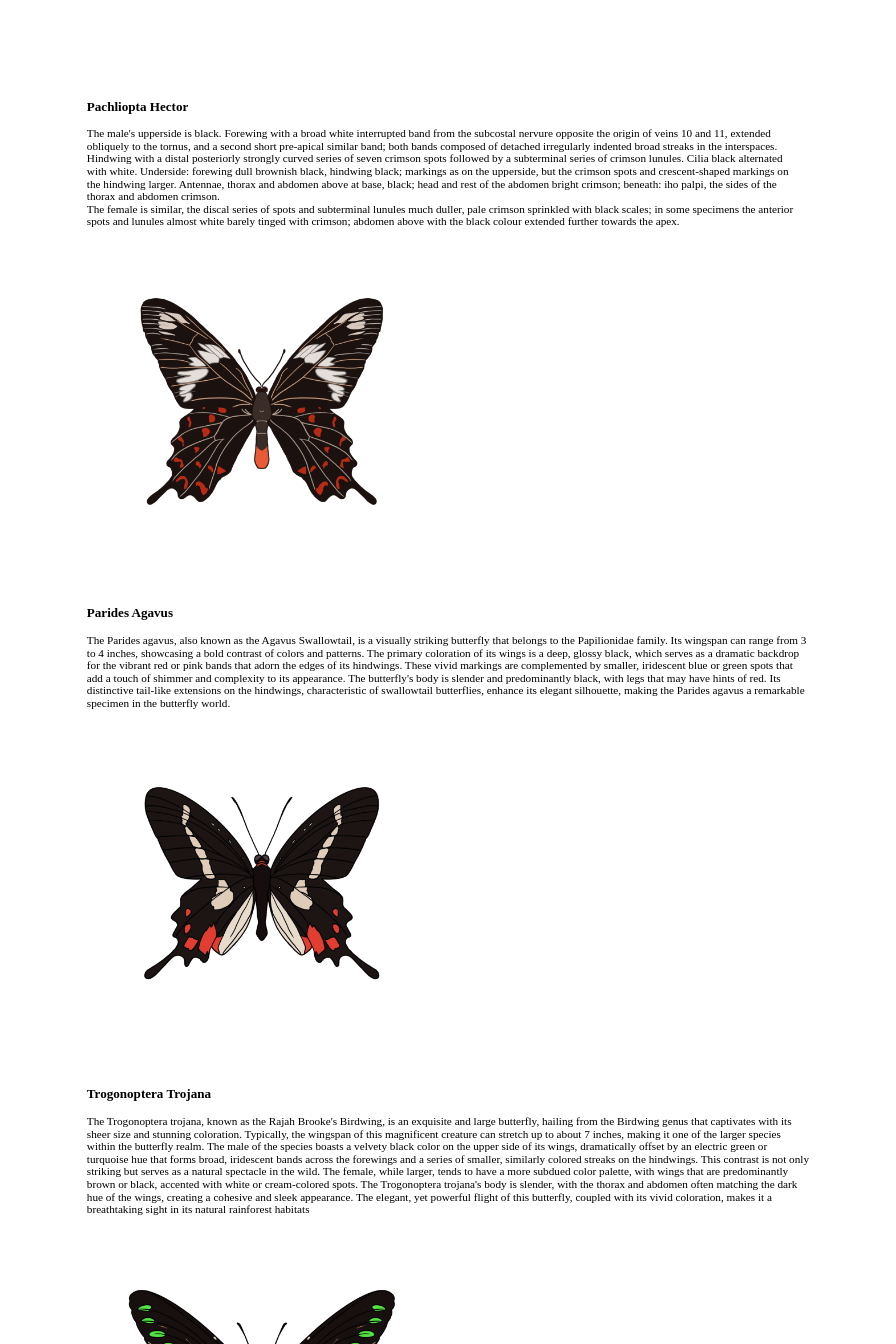
Repository: MeowCeline00/assessment-2
Page: /
These files come from the project's save history. The page is drawn as it stood at one moment and after the next save; the edit follows.
The browser window is 1280 px wide. The pictures show the part of the page from y = 3470 to 5390 px (the page is 5878 px tall), at 70% of full size.
The project was rebuilt for these pictures with package versions that can differ from the ones it lists, and the page was loaded fresh each time. The framework's server and built-in components were replaced by stand-ins that run in the browser. Also part of the build but not shown: next.config.mjs.

Above is the page before, as saved 2024-02-07 23:30:38.

### pages/index.js
import Head from "next/head";
import { useState } from "react";
import styles from "@/styles/Home.module.css";
import Header from "@/Components/Header";
import Footer from "@/Components/Footer";
import Contents from "@/Components/Contents";


export default function Home() {

  // Butterfly Patterns
  const classFilters = {
    //key : value
    1: 'Agrias Aedon Hewitson',
    2: 'Danaus Plexippus',
    4: 'Morpho Peleides',
    8: 'Ornithoptera Goliath',
    16: 'Pachliopta Hector',
    32: 'Parides Agavus',
    64: 'Trogonoptera Trojana'
  }

  const [input, setInput] = useState();
                                    // 3
                                    // 2 & 2 Remainder 1
                                    // 1 & 1 Remainder 0
                                    // 9
                                    // 8 & 8 Remainder 1
                                    // 1 & 1 Remainder 0
  const getClassStyle = flagValue => (input & flagValue) > 0 ? {backgroundColor: 'yellow'} : null;

  return (
    <>
      <Head>
        <title>General View of Butterfly Wing Patterns</title>
        <meta name="description" content="General View of Butterfly Wing Patterns" />
        <meta name="viewport" content="width=device-width, initial-scale=1" />
        <link rel="icon" href="/butt_favicon.ico" />
      </Head>
      <Header />
      <main className={`${styles.main}`}>
       <input
       id="input"
       type="text"
       placeholder='Bitmask Decimal'
       value={input}
       onChange={event => setInput(event.target.value)}
       />
       <table>
        <tbody>
          {
            Object.keys(classFilters).map(item => (
              <tr key={item} style={getClassStyle(item)}>
                <td>{item}</td>
                <td>{classFilters[item]}</td>
              </tr>
            ))
          }
        </tbody>
       </table>
       <Contents />
      </main>
      <Footer />
    </>
  );
}

### styles/globals.css
:root {
    --h1: rgb(15, 64, 162);
    --h2: rgb(203, 165, 27);
    --header-background: #d1d1d1;

}

### styles/Home.module.css
.main {
  display: flex;
  flex-direction: column;
  justify-content: space-between;
  align-items: center;
  padding: 6rem;
  min-height: 20vh;
}

### Components/Header/index.js
import Image from 'next/image';
import styles from './Header.module.css';

export default function Header() {
    return (
        <header className={styles.header}>
            <div className={styles.titleArea}>
                <h1> Colorful Butterflies</h1>
                <h2> A General Peek at Butterfly Wing Patterns</h2>
            </div>
            <div className={styles.logoArea}>
                <img src={"/logo.png"} alt="Butterfly Logo" width={350} />
            </div>
        </header>
    );
}

### Components/Footer/index.js
import styles from './Footer.module.css'


export default function Footer() {

    return(
        <footer className={styles.footer}>
            © Created by Congling
        </footer>
    )
}

### Components/Contents/index.js
import Image from 'next/image';
import styles from './Contents.module.css';

export default function Contents() {
    return (
        <contents className={styles.contents}>
            <div className={styles.projectDescription}>
            <h1>About</h1>
            <p>This project is my personal project, trying to explore different patterns for the wings of butterflies.
                On this occasion, I tried to draw several variety of Butterflies as referred to the original breed, including
               Agrias Aedon Hewitson, Danaus Plexippus, Morpho Peleides, Ornithoptera Goliath, Pachliopta Hector, Parides Agavus,
               and Trogonoptera Trojana.
            </p>
            </div>
            <div className={styles.butterflyPatterns}>
              <div className={styles.buttfly1}>
                <div className={styles.butterflyDes}>
                <h3>Agrias Aedon Hewitson</h3>
                <p>The species of the genus Agrias have, variously, very bright red, orange,
                    iridescent blue and yellow colouration contrasting on the black or bluish background of their upperside wing.
                    The underside wings are patterned. They have a robust appearance - broad thorax and short wide abdomen, allowing fast flight.
                    The wingspan is 70 to 120 mm. Males of all Agrias species have prominent yellow tufts of androconial scales on the hindwings.
                    These disperse pheromones for attracting suitable mates.</p>
                </div>
                <div className={styles.butterfly1Pic}>
                <img src={"/agrias_aedon_hewitson.png"} alt="Agrias Aedon Hewitson" width={500} />
                </div>
                </div>
                <div className={styles.buttfly2}>
                <div className={styles.butterflyDes}>
                <h3>Danaus Plexippus</h3>
                <p>Monarch butterflies are well-known for their appearance.
                Adult monarch butterflies possess two pairs of brilliant orange-red wings,
                featuring black veins and white spots along the edges. The males possess distinguishing
                black dots along the veins of their wings. Their orange color alerts predators to stay away.
                <br />
                As caterpillars, Monarchs are striped with yellow, black and white bands.
                Monarch caterpillars have a set of antennae-like tentacles at each end of their body.
                They reach about two inches in length before metamorphosis. The monarch chrysalis,
                where the caterpillar undergoes metamorphosis into the winged adult butterfly,
                is seafoam green with tiny yellow spots along its edge.</p>
                </div>
                <div className={styles.butterfly2Pic}>
                <img src={"/Danaus_plexippus.png"} alt="Danaus Plexippus" width={500} />
                </div>
                </div>
                <div className={styles.buttfly3}>
                <div className={styles.butterflyDes}>
                <h3>Morpho Peleides</h3>
                <p>Morpho peleides is recognized by the iridescent blue coloration on the top side of the wings.
                    Conversely, the undersides of the wings are brown and have a cryptic coloration and pattern.
                    Large eyespots are present on the bottom side of the forewings and hindwings.
                    The number of forewing eyespots on each individual may vary.
                    This coloration serves as protection from predators by making the butterfly somewhat camouflaged in the forest,
                    and the eyespots can startle or intimidate potential predators.
                    They are large butterflies, with adult wingspan measuring 5-8 inches.</p>
                </div>
                <div className={styles.butterfly3Pic}>
                <img src={"/morpho_peleides.png"} alt="Morpho Peleides" width={500} />
                </div>
                </div>
                <div className={styles.buttfly4}>
                <div className={styles.butterflyDes}>
                <h3>Ornithoptera Goliath</h3>
                <p>Ornithoptera goliath has a wingspan up to 11 in. This makes it the world's second largest butterfly.
                    The African giant swallowtail reaches an almost equal wingspan.
                    <br />
                    Male. The Goliath birdwing's forewings are black. The costal edge is green and beyond the medium black bar
                    is a large green triangle which reaches the dorsum but not the black sternum. The underside is greenish yellow and greenish.
                    The veins are black and there is a black border. The outer cells have small black spots.
                    The hindwings are golden with a black edge bordered basally by a thin green line.
                    There are some green spots in the cells of the golden area. The underside is similar to the upperside,
                    but there is no black border. The edge is green. The spots in the cells of the golden area are black.
                    The abdomen is yellow with black-edged tergites. The head and thorax are black and the underside of the
                    thorax has tufts of red hair.
                    <br />
                    Female. The female is larger than the male and the basic colour is dark brown.
                    At the outer edge there is a postdiscal chain of white spots. In the discal cell there is a cluster of white spots,
                    sometimes shaped like an "E". The hindwings have a broad yellow postdiscal band with a chain of dark-brown spots in the cells.
                    The underside is very like the upper but the colours are stronger.</p>
                    </div>
                    <div className={styles.butterfly4Pic}>
                <img src={"/ornithoptera_goliath.png"} alt="Ornithoptera Goliath" width={500} />
                </div>
                </div>
                <div className={styles.buttfly5}>
                <div className={styles.butterflyDes}>
                <h3>Pachliopta Hector</h3>
                <p>The male's upperside is black. Forewing with a broad white interrupted band from the subcostal nervure
                    opposite the origin of veins 10 and 11, extended obliquely to the tornus, and a second short pre-apical similar band;
                    both bands composed of detached irregularly indented broad streaks in the interspaces.
                    Hindwing with a distal posteriorly strongly curved series of seven crimson spots followed by a subterminal series of
                    crimson lunules. Cilia black alternated with white. Underside: forewing dull brownish black, hindwing black;
                    markings as on the upperside, but the crimson spots and crescent-shaped markings on the hindwing larger.
                    Antennae, thorax and abdomen above at base, black; head and rest of the abdomen bright crimson; beneath:
                    iho palpi, the sides of the thorax and abdomen crimson.
                    <br />
                    The female is similar, the discal series of spots and subterminal lunules much duller,
                    pale crimson sprinkled with black scales; in some specimens the anterior spots and lunules almost white barely
                    tinged with crimson; abdomen above with the black colour extended further towards the apex.
                    </p>
                    </div>
                    <div className={styles.butterfly5Pic}>
                <img src={"/pachliopta_hector.png"} alt="Pachliopta Hector" width={500} />
                </div>
                </div>
                <div className={styles.buttfly6}>
                <div className={styles.butterfly6Des}>
                <h3>Parides Agavus</h3>
                <p>The Parides agavus, also known as the Agavus Swallowtail, is a visually striking butterfly that belongs
                    to the Papilionidae family. Its wingspan can range from 3 to 4 inches, showcasing a bold contrast of colors and patterns.
                    The primary coloration of its wings is a deep, glossy black, which serves as a dramatic backdrop for the vibrant
                    red or pink bands that adorn the edges of its hindwings. These vivid markings are complemented by smaller,
                    iridescent blue or green spots that add a touch of shimmer and complexity to its appearance.
                    The butterfly's body is slender and predominantly black, with legs that may have hints of red.
                    Its distinctive tail-like extensions on the hindwings, characteristic of swallowtail butterflies,
                    enhance its elegant silhouette, making the Parides agavus a remarkable specimen in the butterfly world.</p>
                </div>
                <div className={styles.butterfly6Pic}>
                <img src={"/parides_agavus.png"} alt="Parides Agavus" width={500} />
                </div>
                </div>
                <div className={styles.buttfly7}>
                <div className={styles.butterfly7Des}>
                <h3>Trogonoptera Trojana</h3>
                <p>
                    The Trogonoptera trojana, known as the Rajah Brooke's Birdwing, is an exquisite and large butterfly,
                    hailing from the Birdwing genus that captivates with its sheer size and stunning coloration.
                    Typically, the wingspan of this magnificent creature can stretch up to about 7 inches,
                    making it one of the larger species within the butterfly realm. The male of the species boasts a velvety black color
                    on the upper side of its wings, dramatically offset by an electric green or turquoise hue that forms broad,
                    iridescent bands across the forewings and a series of smaller, similarly colored streaks on the hindwings.
                    This contrast is not only striking but serves as a natural spectacle in the wild. The female, while larger,
                    tends to have a more subdued color palette, with wings that are predominantly brown or black,
                    accented with white or cream-colored spots. The Trogonoptera trojana's body is slender,
                    with the thorax and abdomen often matching the dark hue of the wings, creating a cohesive and sleek appearance.
                    The elegant, yet powerful flight of this butterfly, coupled with its vivid coloration,
                    makes it a breathtaking sight in its natural rainforest habitats</p>
                    </div>
                    <div className={styles.butterfly7Pic}>
                <img src={"/trogonoptera_trojana.png"} alt="Trogonoptera Trojana" width={500} />
                </div>
                </div>
            </div>
        </contents>
    );
}

### Components/Header/Header.module.css
.header {
    display: flex;
    justify-content: space-between;
    align-items: center;
    padding: 20px;
    background-color: var(--header-background);
}

.titleArea {
    display: flex;
    flex-direction: column;
    padding-left: 20%;
}

.titleArea h1 {
    color: var(--h1);
    font-size: xx-large;
    font-family: Impact, Haettenschweiler, 'Arial Narrow Bold', sans-serif;
}

.titleArea h2 {
    color: var(--h2);
    font-family: 'Franklin Gothic Medium', 'Arial Narrow', Arial, sans-serif;
}

.logoArea {
  display: flex;
  padding-right: 20%;
}

### Components/Footer/Footer.module.css
.footer{
    text-align: center;
    font-weight: bold;
    font-family: Georgia, 'Times New Roman', Times, serif;
    font-size: larger;
    background-color: var(--header-background);
    color: var(--h1);
}

### Components/Contents/Contents.module.css
.contents {
    display: flex;
    flex-direction: column;
    margin: 20px;
}

.projectDescription {
    margin-bottom: 20px;
}

.butterflyPatterns {
    display: flex;
    flex-direction: column;
}

.butterflyPattern {
    display: flex;
    justify-content: space-between;
    align-items: center;
    margin-bottom: 20px;
}

.butterflyDes {
    flex: 1; /* Assigns 50% of the space to the description */
    padding-right: 20px; /* Adds some space between the text and the image */
}

.butterflyPic {
    flex: 1; /* Assigns 50% of the space to the picture */
    display: flex;
    justify-content: flex-start; /* Aligns the image to the start of the flex item */
}

.butterflyPic img {
    width: 100%; /* Full width of the flex item */
    height: auto; /* Keeps the aspect ratio of the image */
}

Loaded but not shown: pages/_app.js (common file); pages/_document.js (common file); pages/api/hello.js (common file)

After the next save:
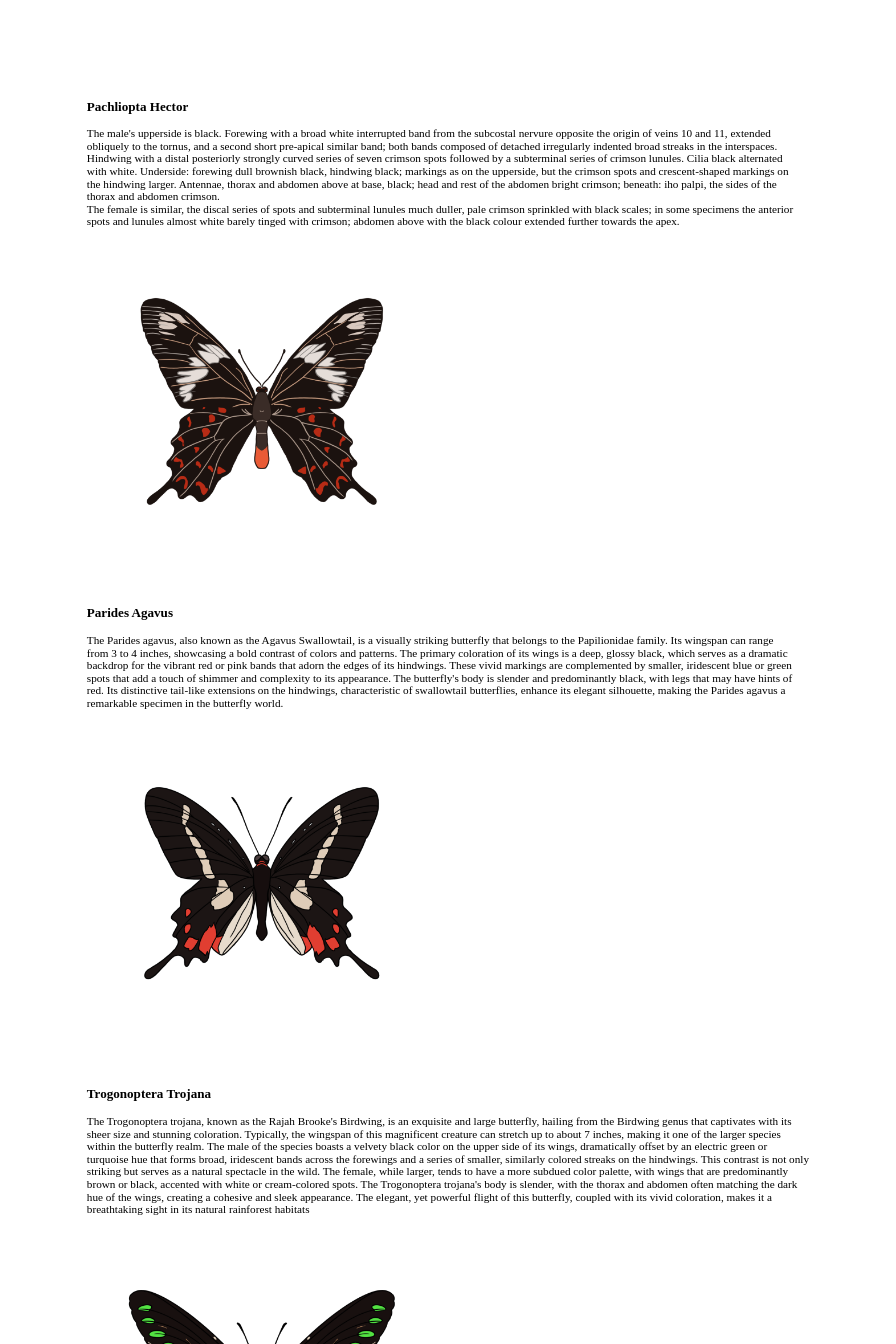
Saved 6 s later.
--- a/Components/Contents/index.js
+++ b/Components/Contents/index.js
@@ -105,7 +105,7 @@ export default function Contents() {
                 </div>
                 </div>
                 <div className={styles.buttfly6}>
-                <div className={styles.butterfly6Des}>
+                <div className={styles.butterflyDes}>
                 <h3>Parides Agavus</h3>
                 <p>The Parides agavus, also known as the Agavus Swallowtail, is a visually striking butterfly that belongs
                     to the Papilionidae family. Its wingspan can range from 3 to 4 inches, showcasing a bold contrast of colors and patterns.
